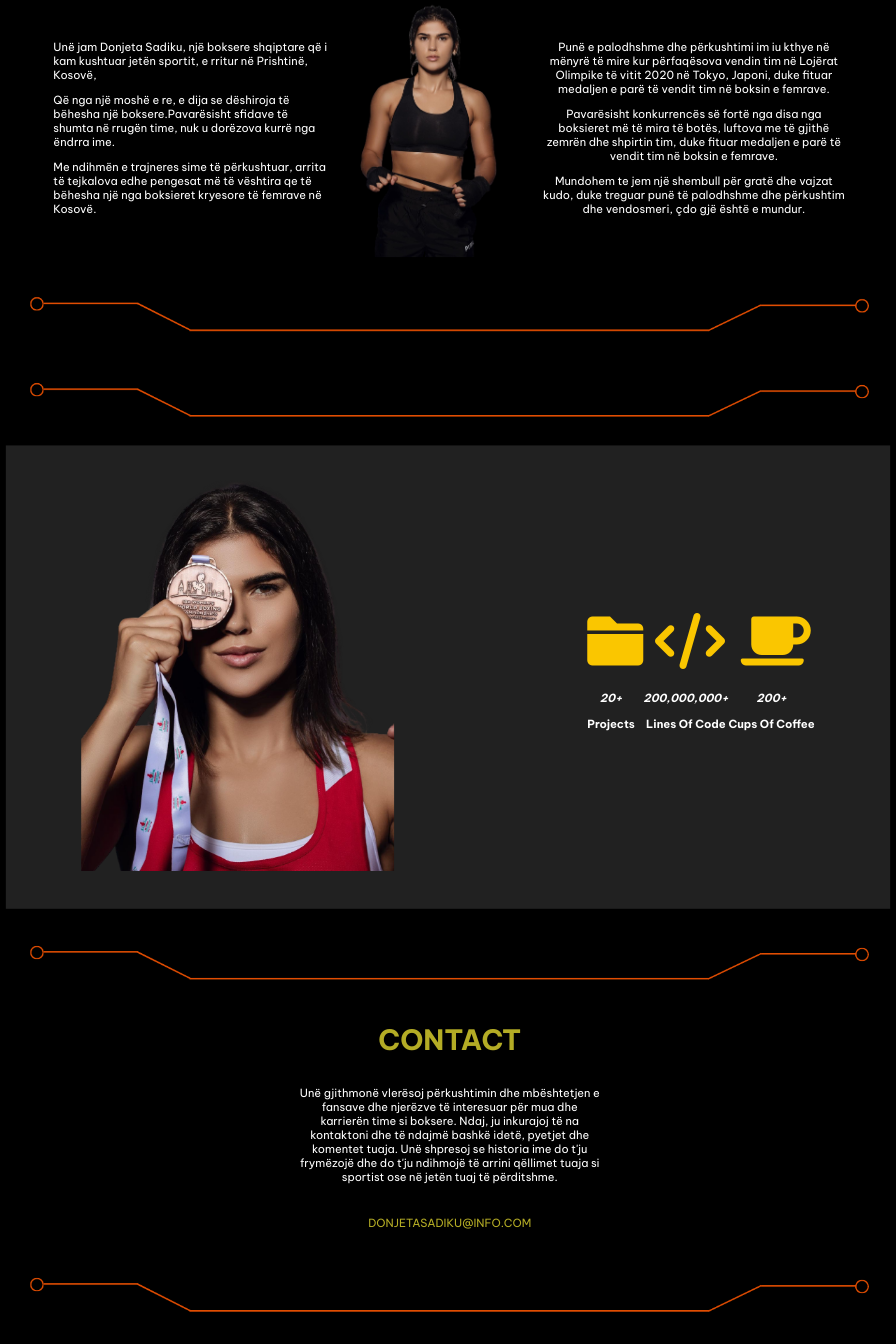
Repository: milot-morina/ds-boxing
Page: DS-Portfolio/index.html
These files come from the project's save history. The page is drawn as it stood at one moment and after the next save; the edit follows.
The browser window is 1280 px wide. The pictures show the part of the page from y = 2225 to 4145 px (the page is 4898 px tall), at 70% of full size.
A picture or video elsewhere on the page could not be fetched, so the positions and the page height are approximate.

Above is the page before, as saved 2023-03-21 10:29:26.

After the next save:
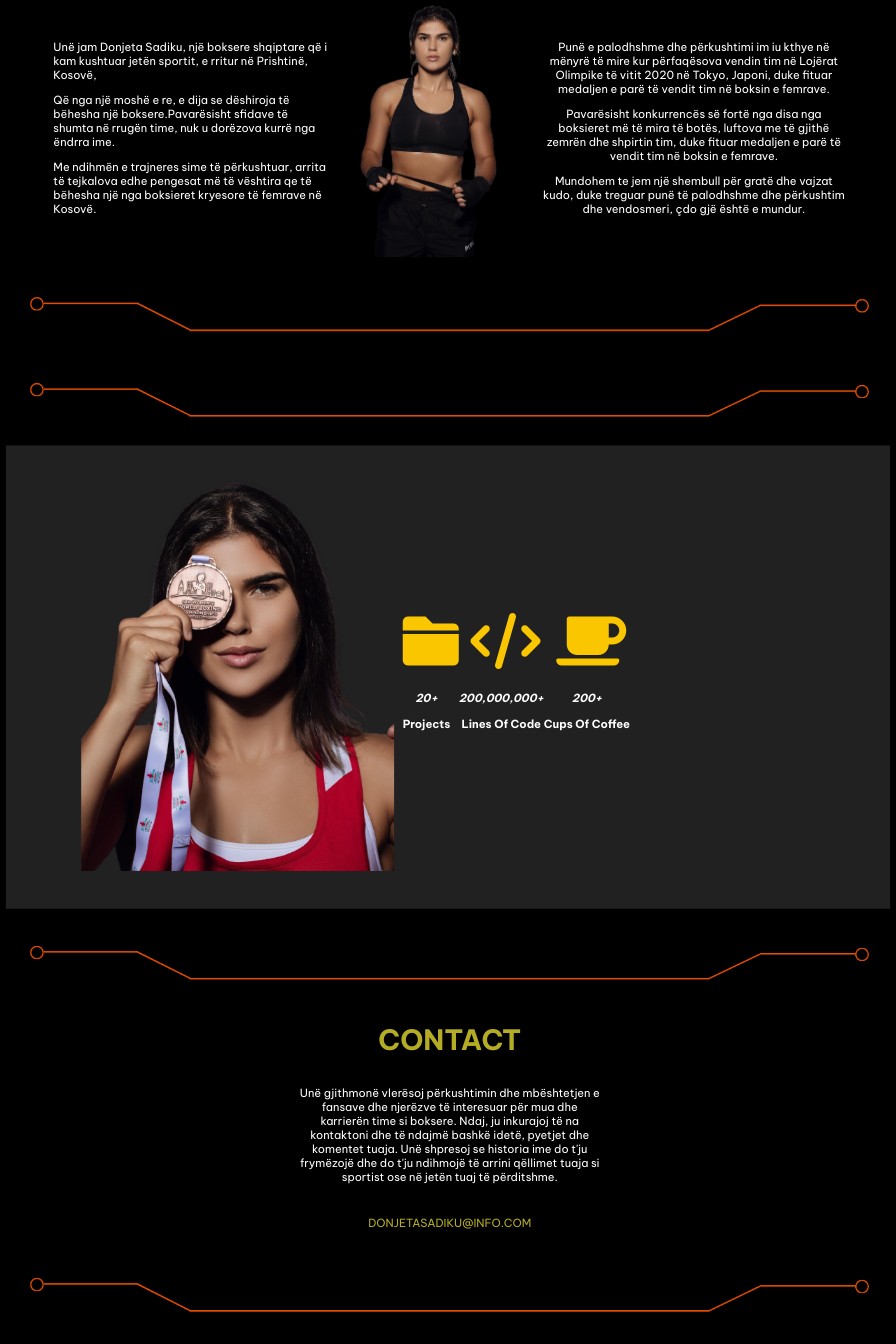
Saved 20 s later.
--- a/DS-Portfolio/style.css
+++ b/DS-Portfolio/style.css
@@ -25,6 +25,30 @@
 .fun-facts i:hover{color:#fac600;}
 .fun-facts p{font-weight:bold;}
 p.number{font-style:italic;}
+
+.fun-facts .container {
+  display: flex;
+  flex-direction: row;
+  justify-content: space-between;
+  align-items: center;
+}
+
+.fun-facts img {
+  max-width: 100%;
+  height: auto;
+}
+
+.fun-facts .row {
+  display: flex;
+  flex-direction: row;
+  justify-content: space-between;
+  align-items: center;
+}
+
+.fun-facts .col-md-4 {
+  text-align: center;
+}
+
 /*  */
 
 
